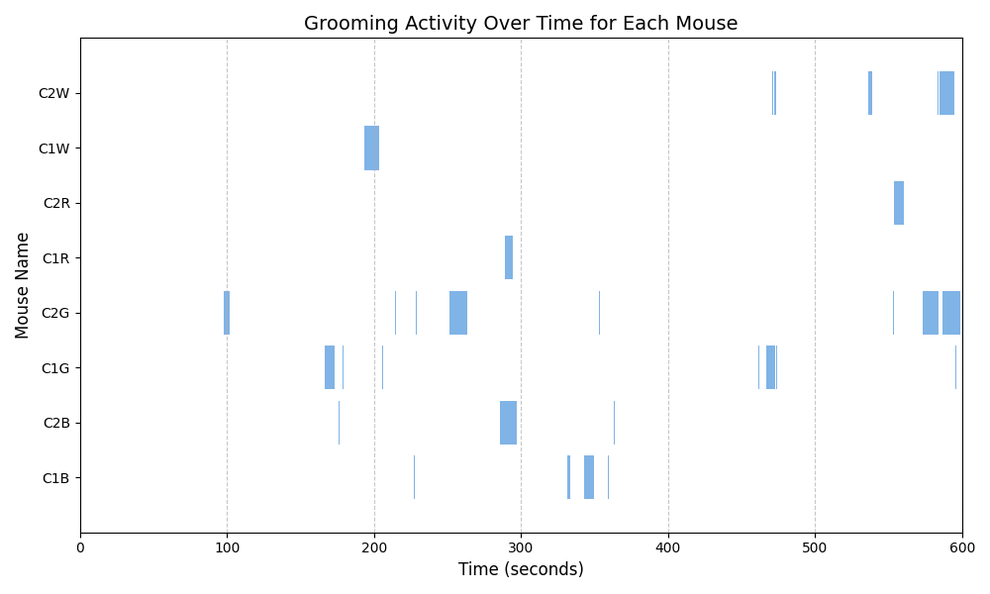
Repository: ZoharBNH5/Behavioral-Testing-Laboratory
Script's output: python check.py
The author's editor kept a copy of each file at every save. The script's output is drawn from the files as they stood at one save, then again after the next save.
The pictures are shown at 99% of full size.
Each picture stacks the figures in order, with grey between them; figures that are only written to a file come last. Random numbers start from a fixed seed. It also reads C1B_271124_new.mat, C1G_241124_new.mat, C1R_271124_new.mat, C1W_241124_new.mat, C2B_271124_new.mat, C2G_271124_new.mat, C2R_271124_new.mat, C2W_271124_new.mat.

Above is the script's output before, as saved 2024-11-29 13:43:08.
Error: NameError: name 'np' is not defined

### check.py
import matplotlib.pyplot as plt
import matplotlib.patches as patches
from scipy.io import loadmat

# Load grooming data from .mat files and their corresponding names
data_files = {
    'C1B': 'C1B_271124_new.mat',
    'C2B': 'C2B_271124_new.mat',
    'C1G': 'C1G_241124_new.mat',
    'C2G': 'C2G_271124_new.mat',
    'C1R': 'C1R_271124_new.mat',
    'C2R': 'C2R_271124_new.mat',
    'C1W': 'C1W_241124_new.mat',
    'C2W': 'C2W_271124_new.mat'
}

# Prepare grooming data
grooming_data = {}
for name, file in data_files.items():
    data = loadmat(file)
    grooming_start_stop = data.get('grooming_start_stop', None)
    if grooming_start_stop is not None:
        starts = grooming_start_stop[0]
        stops = grooming_start_stop[1]
        intervals = list(zip(starts, stops))
        grooming_data[name] = intervals
    else:
        grooming_data[name] = []  # Add empty if no data found

# Create the figure
plt.figure(figsize=(10, 6))

# Loop through each mouse and plot grooming intervals
for i, (mouse, intervals) in enumerate(grooming_data.items(), start=1):
    for start_time, end_time in intervals:
        plt.gca().add_patch(patches.Rectangle(
            (start_time, i - 0.4),  # Bottom-left corner of the rectangle
            end_time - start_time,  # Width of the rectangle
            0.8,                    # Height of the rectangle
            facecolor=[0.5, 0.7, 0.9], edgecolor='none'
        ))

# Customize the plot
plt.ylim(0, len(grooming_data) + 1)
plt.xlim(0, 600)
plt.yticks(range(1, len(grooming_data) + 1), list(grooming_data.keys()))
plt.xlabel('Time (seconds)', fontsize=12)
plt.ylabel('Mouse Name', fontsize=12)
plt.title('Grooming Activity Over Time for Each Mouse', fontsize=14)
plt.grid(axis='x', linestyle='--', alpha=0.7)

plt.tight_layout()
plt.show()


# Define the bin size (150 seconds) and total time range
bin_size = 150
time_bins = np.arange(0, 600 + bin_size, bin_size)  # Define the bins

# Calculate total grooming time for all mice in each bin
total_grooming_per_bin = np.zeros(len(time_bins) - 1)

for intervals in grooming_data.values():
    for start_time, end_time in intervals:
        # Find the bins where the grooming duration falls
        for i in range(len(time_bins) - 1):
            bin_start, bin_end = time_bins[i], time_bins[i + 1]
            if start_time < bin_end and end_time > bin_start:  # Overlap with the bin
                # Calculate the overlap duration
                overlap_start = max(start_time, bin_start)
                overlap_end = min(end_time, bin_end)
                total_grooming_per_bin[i] += (overlap_end - overlap_start)

# Plot the histogram
plt.figure(figsize=(10, 6))
plt.bar(range(len(total_grooming_per_bin)), total_grooming_per_bin, width=0.8, color='skyblue', edgecolor='black')
plt.xticks(range(len(total_grooming_per_bin)), [f'{int(bin_start)}-{int(bin_start + bin_size)}' for bin_start in time_bins[:-1]])
plt.xlabel('Time Bins (seconds)', fontsize=12)
plt.ylabel('Total Grooming Duration (seconds)', fontsize=12)
plt.title('Total Grooming Duration Across All Mice by Time Bins', fontsize=14)
plt.grid(axis='y', linestyle='--', alpha=0.7)
plt.tight_layout()
plt.show()

After the next save:
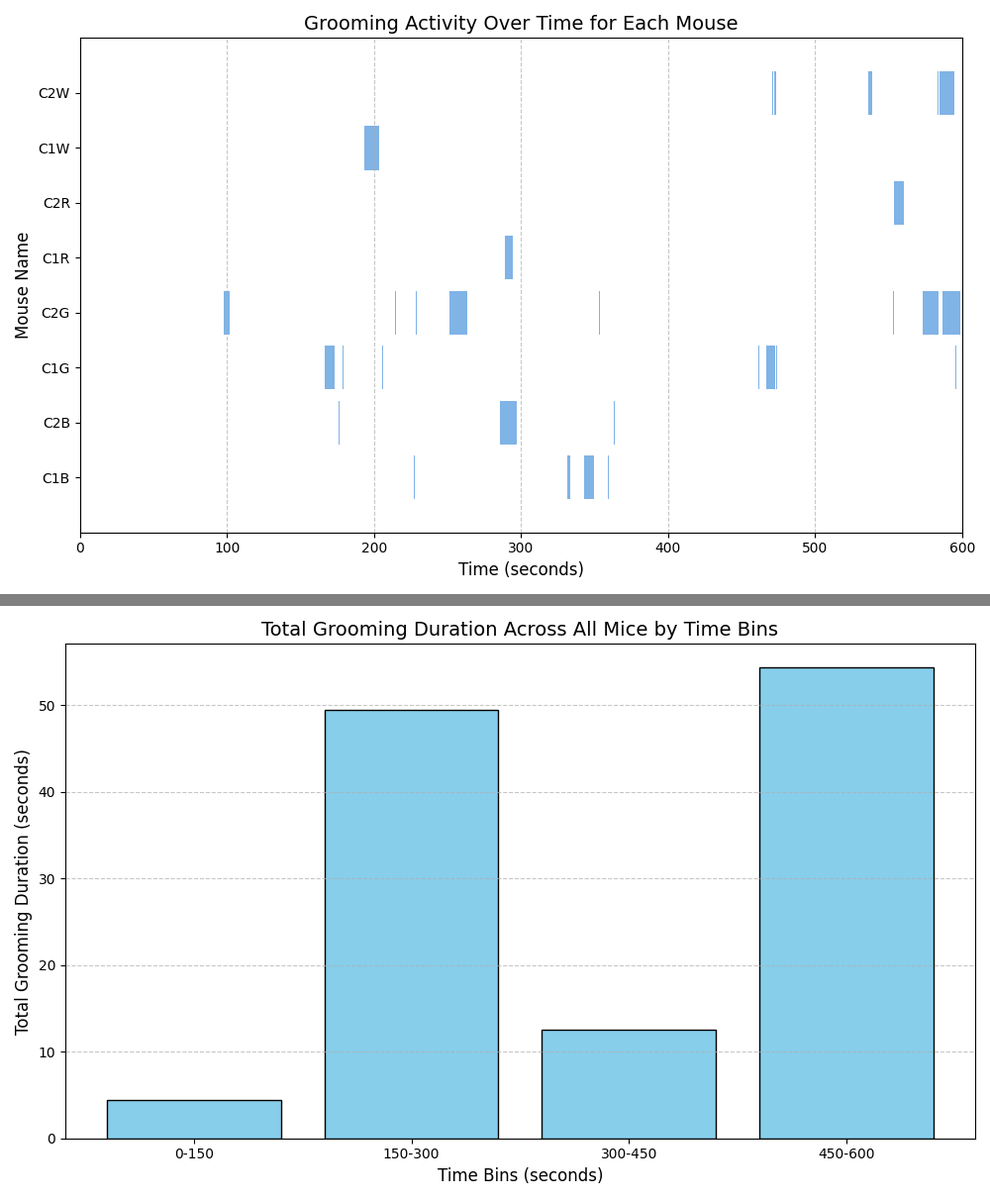
The error is gone.
Saved 61 s later.
--- a/check.py
+++ b/check.py
@@ -1,6 +1,7 @@
 import matplotlib.pyplot as plt
 import matplotlib.patches as patches
 from scipy.io import loadmat
+import numpy as np
 
 # Load grooming data from .mat files and their corresponding names
 data_files = {
